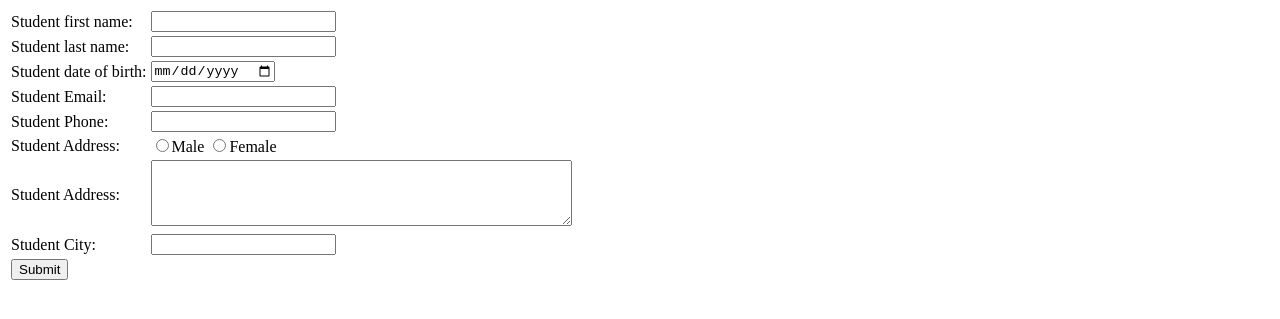
Repository: EchhOpp/Lab-WWW-JAVA-IUH
Page: http://localhost/JSPWithForm/FormStudent.jsp
The author's editor kept a copy of each file at every save. The page is drawn from the files as they stood at one save, then again after the next save.
The browser window is 1280 px wide. The pictures show the whole page.
The page is served by Tomcat 10. Other server files are loaded and not shown.

Above is the page before, as saved 2024-09-11 07:36:25.

### NguyenThanhLuan_21123021_Tuan04/JSPWithForm/src/main/webapp/FormStudent.jsp
<%@ page language="java" contentType="text/html; charset=ISO-8859-1"
	pageEncoding="ISO-8859-1"%>
<!DOCTYPE html>
<html>
<head>
<meta charset="ISO-8859-1">
<title>Insert title here</title>
</head>
<body>
	<form action="ServletStudent" method="post">
		<table>
			<tr>
				<td>Student first name:</td>
				<td><input type="text" name="studentFName"></td>
			</tr>
			<tr>
				<td>Student last name:</td>
				<td><input type="text" name="studentLName"></td>
			</tr>
			<tr>
				<td>Student date of birth:</td>
				<td><input type="date" name="studentDOB"></td>
			</tr>
			<tr>
				<td>Student Email:</td>
				<td><input type="text" name="studentEmail"></td>
			</tr>
			<tr>
				<td>Student Phone:</td>
				<td><input type="text" name="studentPhone"></td>
			</tr>
			<tr>
				<td>Student Address:</td>
				<td>
					<input type="radio" name="gender" id="male" value="Male">Male
					<input type="radio" name="gender" id="female" value="Female">Female
				</td>
			</tr>
			<tr>
				<td>Student Address:</td>
				<td><textarea name="studentAddress" rows="4" cols="50"></textarea></td>
			</tr>
			<tr>
				<td>Student City:</td>
				<td><input type="text" name="studentCity"></td>
			</tr>
			<tr>
				<td><input type="submit" value="Submit"></td>
			</tr>
		</table>
	</form>
</body>
</html>

After the next save:
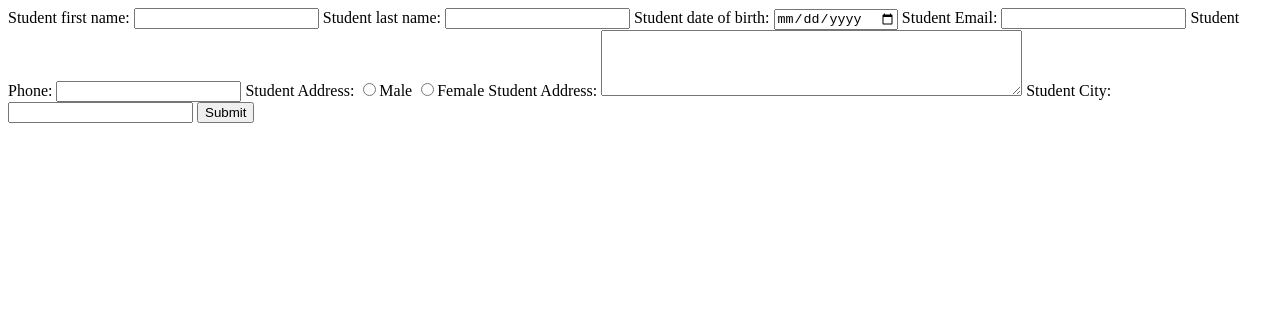
Saved 15 s later.
--- a/NguyenThanhLuan_21123021_Tuan04/JSPWithForm/src/main/webapp/FormStudent.jsp
+++ b/NguyenThanhLuan_21123021_Tuan04/JSPWithForm/src/main/webapp/FormStudent.jsp
@@ -8,7 +8,7 @@
 </head>
 <body>
 	<form action="ServletStudent" method="post">
-		<table>
+
 			<tr>
 				<td>Student first name:</td>
 				<td><input type="text" name="studentFName"></td>
